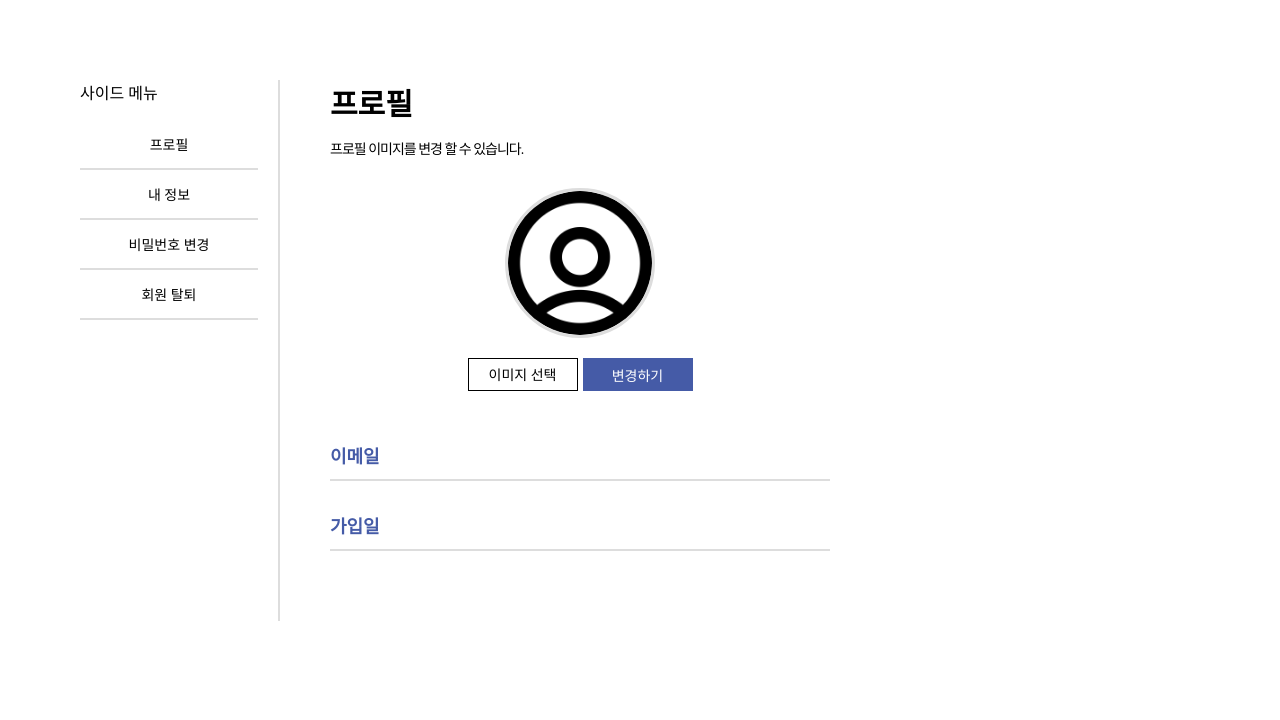
Repository: mothership2002/coddingBaby
Page: http://localhost/Community/WEB-INF/views/member/myPage-profile.jsp
An editor plug-in stored every save of this project. The page is shown before and after the next save, followed by the edit.
The browser window is 1280 px wide. The pictures show the whole page.
Some web libraries are served in a nearby version. The page is served by Tomcat 9. Nobody is signed in. Other server files are loaded and not shown. The template is opened directly, without the code that normally fills it, so the values that code supplies are empty.

Above is the page before, as saved 2022-05-31 00:42:10.

### 5_Server/Community/src/main/webapp/WEB-INF/views/member/myPage-profile.jsp
<%@ page language="java" contentType="text/html; charset=UTF-8"
	pageEncoding="UTF-8"%>
<%@taglib prefix="c" uri="http://java.sun.com/jsp/jstl/core" %>
<%

%>
<!DOCTYPE html>
<html lang="ko">
<head>
   <meta charset="UTF-8">
   <meta http-equiv="X-UA-Compatible" content="IE=edge">
   <meta name="viewport" content="width=device-width, initial-scale=1.0">
   <title> My Page </title>
   <link rel="stylesheet" href="../resources/css/main-style.css">
   <link rel="stylesheet" href="../resources/css/myPage-style.css">

   <script src="https://kit.fontawesome.com/381a5c9f75.js" crossorigin="anonymous"></script>
</head>
<body id="top">
    <main>
      <jsp:include page=""></jsp:include>
        <section class="myPage-content">

            <section class="left-side">
                사이드 메뉴
                <ul class="list-group">
                    <li><a href="#">프로필</a></li>
                    <li><a href="#">내 정보</a></li>
                    <li><a href="#">비밀번호 변경</a></li>
                    <li><a href="#">회원 탈퇴</a></li>
                </ul>
            </section>
            <section class="myPage-main">
                <h1 class="myPage-title">프로필</h1>
                <span class="myPage-explanation">프로필 이미지를 변경 할 수 있습니다.</span>
                <form action="#" method="post" name="profile">
                    <div class="profile-image-area">
                        <img src="../resources/images/user.png" alt="" id="profile-image">
                    </div>
                    <div class="profile-btn-area">
                        <label for="input-image">이미지 선택</label>
                        <input type="file" name="profileImage" id="input-image">
                        <button>변경하기</button>
                    </div>
                    <div class="myPage-row">
                        <label for="">이메일</label>
                        <span>${loginMember.memberId}</span>
                    </div>
                    <div class="myPage-row">
                        <label for="">가입일</label>
                        <span>${loginMember.enrollDate}</span>
                    </div>
                    <div class="myPage-row info-title">
                </form>
            </section>
        </section>


    </main>
	<jsp:include page=""></jsp:include>
</body>
</html>

### 5_Server/Community/src/main/webapp/resources/css/main-style.css
*{box-sizing:border-box}
body{margin: 0;}
main{
    margin: auto;
}
/* div{border: 1px solid black;} */
header{
    height: 200px;
    display: flex;
}
.main-content{
    height: 800px;
    display: flex;
}
footer{
    height: 200px;
}
header>section{
    width:15%
}
header>section:first-child{
    display: flex;
    justify-content: center;
    align-items: center;
}
header>section:nth-child(2){
    /* flex-basis */
    width: 70%;
    display: flex;
    justify-content: center;
    align-items: center;
}
.main-content>.content-1{
    width:70%
}
.main-content>.content-2{
    width:30%
}
#page-top{
    position:fixed;
    bottom:45px;
    right:45px;
    z-index:10;
    border:1px solid #ccc;
    outline:none;
    background-color:white;
    color:#333;
    cursor:pointer;
    border-radius:100%;
    width: 50px;
    height: 50px;
    display: flex;
    align-items: center;
    justify-content: center;
}
#page-top>img{

    width: 47px;
    height: 47px;
    border-radius: 100%;
}


#home-logo{
    width: 120px;
}


.search-area{width: 500px;}
.search-area fieldset{
    padding: 2px;
    margin: 0;
    border: 2px solid #455ba7;
    border-radius: 5px;
    display: flex;
}
#query{
    padding: 10px;
    font-size: 18px;
    font-weight: bold;
    border: none;
    outline: none;
    width: 92%;
}
#search-btn{
    width: 8%;
    cursor: pointer;
    font-size: 1.2em;
    color: #455ba7;
    background-color: white;
    border: none;
}


nav{
    height: 50px;
    background-color: #455ba7;
    position: sticky;
    top : 0;
    z-index: 10;
    /* border-bottom: 2px solid black; */
}
nav>ul{
    display: flex;
    list-style: none;
    padding: 0;
    margin: 0;
    height: 100%;
    justify-content: center;
}
nav li{
    /* flex-grow: ;
    flex-shrink: ;
    flex-basis: ; */
    flex: 0 1 150px;
}
nav a{
    display: block;
    height: 100%;
    text-align: center;
    /* line-height: 48px; */
    padding: 11px 0;
    text-decoration: none;
    font: 18px bold;
    color: white;
    border-radius: 5px;
    background-color: #455ba7;
    transition-duration: 100ms;
}
nav a:hover{
    background-color: white;
    color: black;
}


form[name="login-form"]{
    height: 150px;
    padding: 10px;
    margin-top: 10px;
    display: flex;
    flex-direction: column;
    justify-content: center;
}

form[name="login-form"]>label{
    margin-top: 5px;
    font-size: 14px;
}
form[name="login-form"]>a{
    margin-top: 0;
}
#id-pw-area{
    margin: 0px;
    padding: 0px;
    border: 1px solid #ddd;
    display: flex;
    flex-basis: 60%;
}
#id-pw-area>section:first-child{
    flex-basis: 75%;
    display: flex;
    flex-direction: column;
}
#id-pw-area>section:last-child{
    flex-basis: 25%;
    display: flex;
    justify-content: center;
}
#id-pw-area input{
    border: 0;
    border-right: 1px solid #ddd;
    flex-basis: 50%;
    outline: 0;
    margin: 0;
    padding: 5px;
 }
 #id-pw-area input:first-child{
     border-bottom: 1px solid #ddd;
 }
 #id-pw-area input:focus{
     border: 2px solid #455ab7;
 }
 #id-pw-area button{
     width: 100%;
     border: 0;
     background-color: white;
     cursor: pointer;
 }
 #id-pw-area button:hover{
    background-color:#455ab7;
    color: white;
    transition-delay: 120ms;
 }
 #signup-find-area{
    margin-top: 10px;
    padding-left: 6px;
 }
 #signup-find-area>a{
    color: black;
    text-decoration: none;
    font-size: 14px;
 }
 #signup-find-area>span{
    padding: 0 10px;
 }
.login-area{
    height: 120px;
    padding: 30px 10px;
    margin: 10px;
    border: 1px solid #ddd;
    border-radius: 10px;
    display: flex;
    align-items: center;
}
.login-area>a{
    display: block;
    width: 70px;
    height: 70px;
    border: 3px solid #ddd;
    border-radius: 50%;
}
#member-profile{
    width: 64px;
    height: 64px;
    border-radius: 50%;
}
.my-info{
    height: 100%;
    width: 100%;
    margin-left: 20px;
}
.my-info>div{
    display: flex;
    justify-content: space-between;
}

#nickname{
    color: gray;
    font-size: 20px;
    font-weight: bold;
    letter-spacing: -2px;
    text-decoration: none;
}

#logout-btn{
    color: gray;
    font-size: 14px;
    font-weight: bold;
    text-decoration: none;
    border: 2px solid gray;
    padding: 3px 5px;
    border-radius: 10px;
}
#logout-btn:hover{
    color: white;
    background-color: gray;
    transition-duration: 120ms;
}
.my-info>p{
    margin: 0;
    color: gray;
}


 footer{
    background-color: #a3add342;
    display: flex;
    flex-direction: column;
    justify-content: center;
    align-items: center;
}
footer>article{
    justify-content: center;
    align-items: center;
}
footer-div>span,a{
     color: black;
     text-decoration: none;
     font-size: 14px;
}
footer-div>span{
    font: 18px bold;
}

### 5_Server/Community/src/main/webapp/resources/css/myPage-style.css
.myPage-content{
    display: flex;
    width: 800px;
    margin: 80px;
}
.left-side{
    width: 25%;
    border-right: 2px solid #ddd;
}

.list-group{
    width: 100%;
    padding: 0 20px 0 0;
}

.list-group>li{
    list-style: none;
    height: 50px;
    font-size: 18px;
}

.list-group>li>a{
    text-decoration: none;
    color: black;
    height: 100%;
    display: flex;
    justify-content: center;
    align-items: center;
    border-bottom: 2px solid #ddd;
}
.list-group>li>a:hover{
    background-color: #455ba7;
    color: white;
    font-weight: bold;
    transition-duration: 120ms ;
}

.myPage-main{
    width: 75%;
    padding: 0 50px;
}

form[name="myPage-form"]{
    display: flex;
    flex-direction: column;
    justify-content: center;
    align-items: center;
}

.myPage-title{
    margin: 0 0 14px 0;
    font-size: 30px;
}

.myPage-explanation{
    display: block;
    margin: 0 0 30px 0;
    font-size: 14px;
    letter-spacing: -1px;
}

.myPage-row{
    width: 500px;
    height: 50px;
    margin-top: 20px;
    display: flex;
    align-items: center;
    border-bottom: 2px solid #ddd;
}

.myPage-row:focus{
    border-bottom: #455ba7;
    transition-duration: 120ms;
}

.myPage-row>*{
    font-size: 18px;
    font-weight: bold;
}

.myPage-row>label{
    width: 30%;
    color: #455ba7;
}
.myPage-row>span{
    width: 70%;
}
.myPage-row>input{
    width: 100%;
    height: 100%;
    border: 0;
    outline: 0;
    font-weight: normal;
}
.myPage-row:focus-within{
    border-bottom: 2px solid #455ba7;
    transition-duration: 210ms;
}

.info-title{
    color: #455ba7;
    border-bottom: 0;
}

.info-address{margin: 0;}

#info-address-btn{
    width: 30%;
    height: 70%;
    font-size: 14px;
    font-weight: normal;
    background-color: white;
    border: solid 1px gray;
    cursor: pointer;
}
#info-address-btn:hover{
    background-color: #455ba7;
    transition-duration: 120ms;
    color: white;
}

#info-update-btn {
    width: 100%;
    padding: 10px;
    margin: 50px 0;
    border: none;
    font-size: 20px;
    font-weight: bold;
    background-color: white;
    border: 1px solid #455ba7;
    color: #455ba7;
    cursor: pointer;
}

#info-update-btn:hover{
    background-color: #455ba8;
    color: white;
    transition-duration: 300ms;
}

.secession-terms{
    width: 500px;
    height: 300px;
    border: 1px solid black;
    font-size: 16px;
    overflow: scroll;
}

.profile-image-area{
    width: 150px;
    height: 150px;
    border: 3px solid #ddd;
    border-radius: 50%;
    display: flex;
    justify-content: center;
    align-items: center;
    position: relative;

}
form{
    display: flex;
    align-items: center;
    justify-content: center;
    flex-direction: column;
}
#profile-image{
    width: 100%;
    height: 100%;
    border-radius: 50%;
}
.profile-btn-area{
    width: 230px;
    margin: 20px 0;
    display: flex;
    align-items: center;
    justify-content: space-around;
}
.profile-btn-area>*{
    width: 110px;
    height: 33px;
    padding: 5px 10px;
    border: 1px solid black;
    background-color: white;
    font-size: 14px;
    cursor: pointer;
    text-align: center;
}
#input-image{
    display: none;
}
.profile-btn-area>button{
    background-color: #455ba7;
    color: white;
    border: 0;
}
#delete-img{
    position:absolute;
    top : 0;
    right: 0;
    color: red;
    cursor: pointer;
    font-weight: bold;
}

### 5_Server/Community/src/main/webapp/WEB-INF/views/common/header.jsp
<%@ page language="java" contentType="text/html; charset=UTF-8"
    pageEncoding="UTF-8"%>
<header>
    <section class="logo">
    <%--	${pageContext.servletContext.contextPath}
    		<%= requset.getContextPath()%>
    		/Community
    --%>
        <a href="${contextPath}"><img src="${contextPath}/resources/images/logo.jpg" alt="logo" id="home-logo" ></a>
    </section>

    <section>
        <article class="search-area">
            <form action="#" name="search-form">
                <fieldset>
                    <input type="search" id="query" name="query" placeholder="검색어를 입력해주세요." autocomplete="off">
                    <button type="submit" id="search-btn" class="fa-solid fa-magnifying-glass"></button>
                </fieldset>
            </form>
        </article>
    </section>

    <section></section>
</header>

<nav>
    <ul>
        <li><a href="${contextPath}/board/list?type=1">공지사항</a></li>
        <li><a href="${contextPath}/board/list?type=2">자유 게시판</a></li>
        <li><a href="${contextPath}/board/list?type=3">질문 게시판</a></li>
        <li><a href="#">FAQ</a></li>
        <li><a href="#">1:1 문의</a></li>
        <li><a href="#">우리반 게시판</a></li>
    </ul>
</nav>

After the next save:
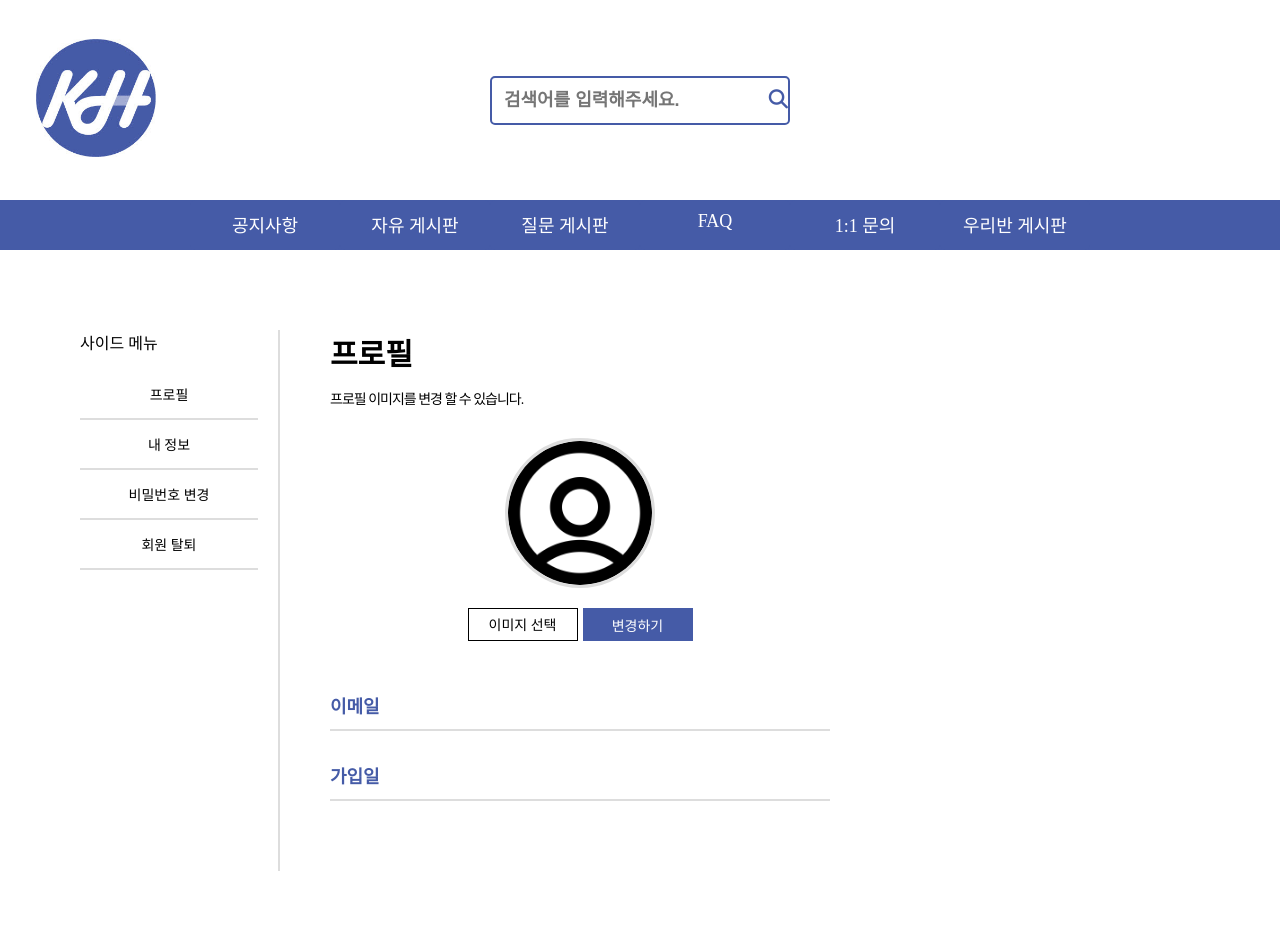
Saved 18 s later.
--- a/5_Server/Community/src/main/webapp/WEB-INF/views/member/myPage-profile.jsp
+++ b/5_Server/Community/src/main/webapp/WEB-INF/views/member/myPage-profile.jsp
@@ -18,7 +18,7 @@
 </head>
 <body id="top">
     <main>
-      <jsp:include page=""></jsp:include>
+      <jsp:include page="/WEB-INF/views/common/header.jsp"></jsp:include>
         <section class="myPage-content">
 
             <section class="left-side">
